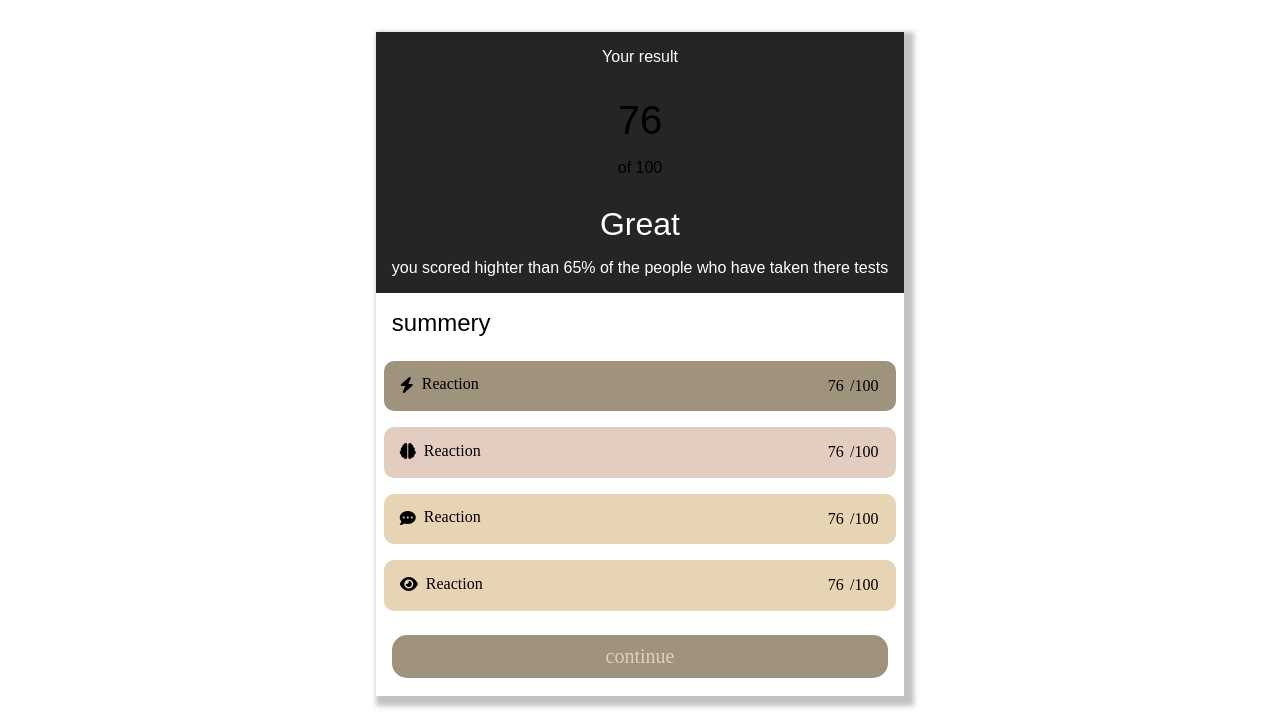
Repository: rahanwz/Card2-raha
Page: card2.html
The author's editor kept a copy of each file at every save. The page is drawn from the files as they stood at one save, then again after a run of saves.
The browser window is 1280 px wide. The pictures show the whole page.
Some web fonts or font styles are not loaded; a fallback is used. Some web libraries are served in a nearby version.

Above is the page before, as saved 2024-02-21 16:49:25.

After the next 3 saves:
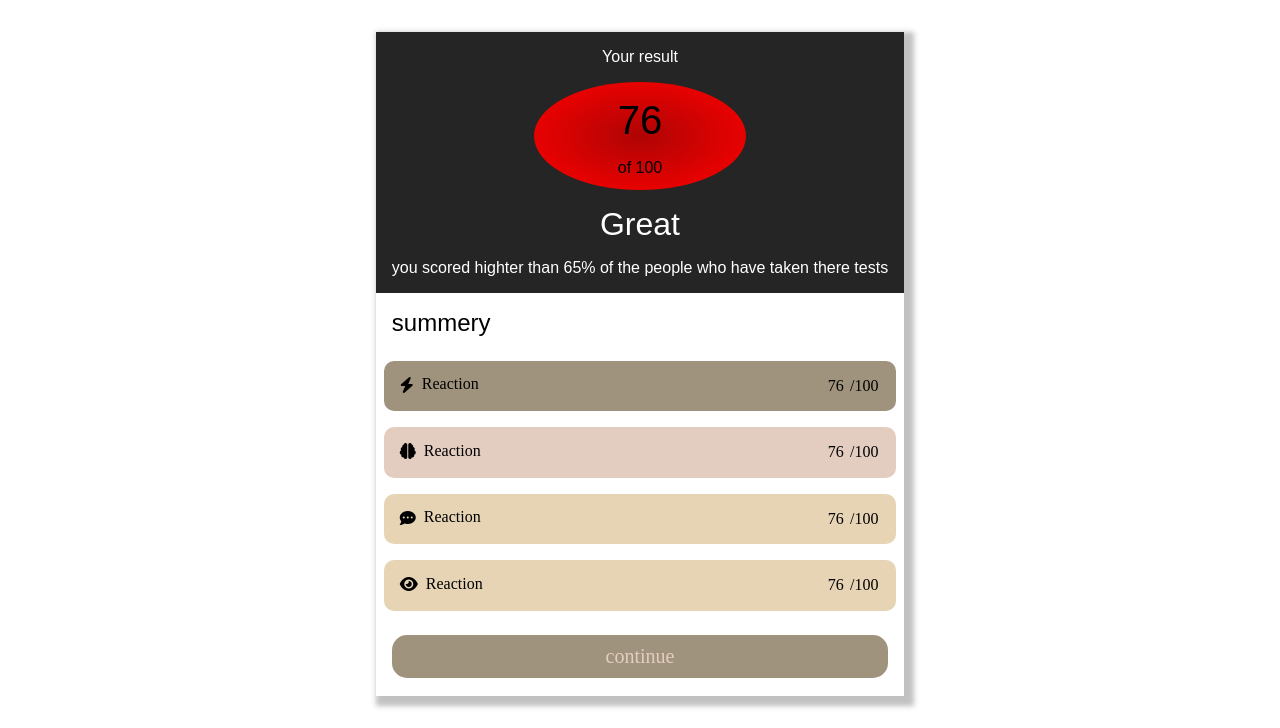
The 3 saves are shown as one change because they came seconds apart.
The last was saved 14 s later.
--- a/card2.css
+++ b/card2.css
@@ -31,7 +31,7 @@
   height:15vh;
   width: 40%;
   border-radius: 100%;
-  background: radial-gradient(#AF0404)#FF0000,;
+  background: radial-gradient(#AF0404,#FF0000);
   margin: auto;
 font-family: "Protest Riot", sans-serif;
   font-weight: 400;

After the save that followed:
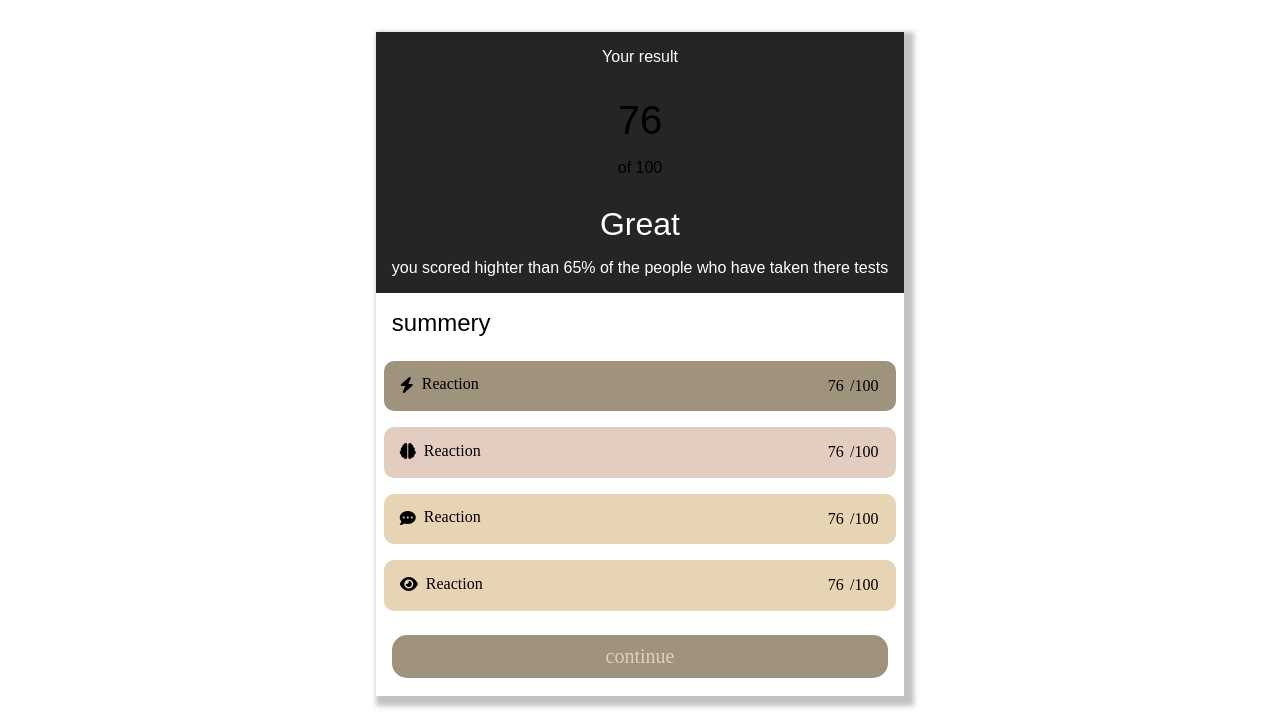
Saved 17 s later.
--- a/card2.css
+++ b/card2.css
@@ -31,7 +31,7 @@
   height:15vh;
   width: 40%;
   border-radius: 100%;
-  background: radial-gradient(#AF0404,#FF0000);
+  background: radial-gradient(#A#FF0000F0404,);
   margin: auto;
 font-family: "Protest Riot", sans-serif;
   font-weight: 400;
